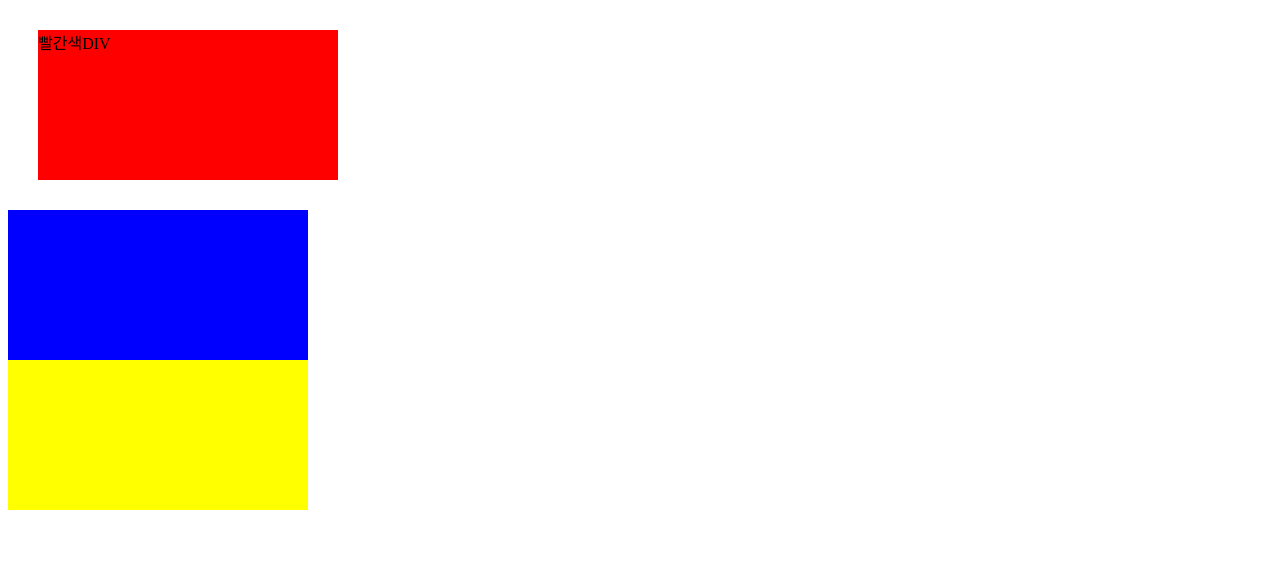
Repository: dron512/jspsogo
Page: http://localhost/ex0316/d.jsp
The author's editor kept a copy of each file at every save. The page is drawn from the files as they stood at one save, then again after the next save.
The browser window is 1280 px wide. The pictures show the whole page.
The page is served by Tomcat 9. Other server files are loaded and not shown.

Above is the page before, as saved 2022-03-16 07:04:32.

### jsp_work2-1/ex0316/src/main/webapp/d.jsp
<%@ page language="java" contentType="text/html; charset=UTF-8" pageEncoding="UTF-8"%>
<!DOCTYPE html>
<html>
<head>
<meta charset="UTF-8">
<title>Insert title here</title>
<style type="text/css">
	div{ width: 300px; height: 150px; }
	#adiv{
		background-color: red;
		border-width:10px;
		border-color: black;
		margin: 30px;

	 }
	#bdiv{ background-color: blue; }
	#cdiv{ background-color: yellow; }
</style>
</head>
<body>
<!-- 선택자 1.태그 선택자 2.아이디선택자 3. 클래스선택자 -->
<div class="continer">
	<div id="adiv">빨간색DIV</div>
	<div id="bdiv"></div>
	<div id="cdiv"></div>
</div>
</body>
</html>

After the next save:
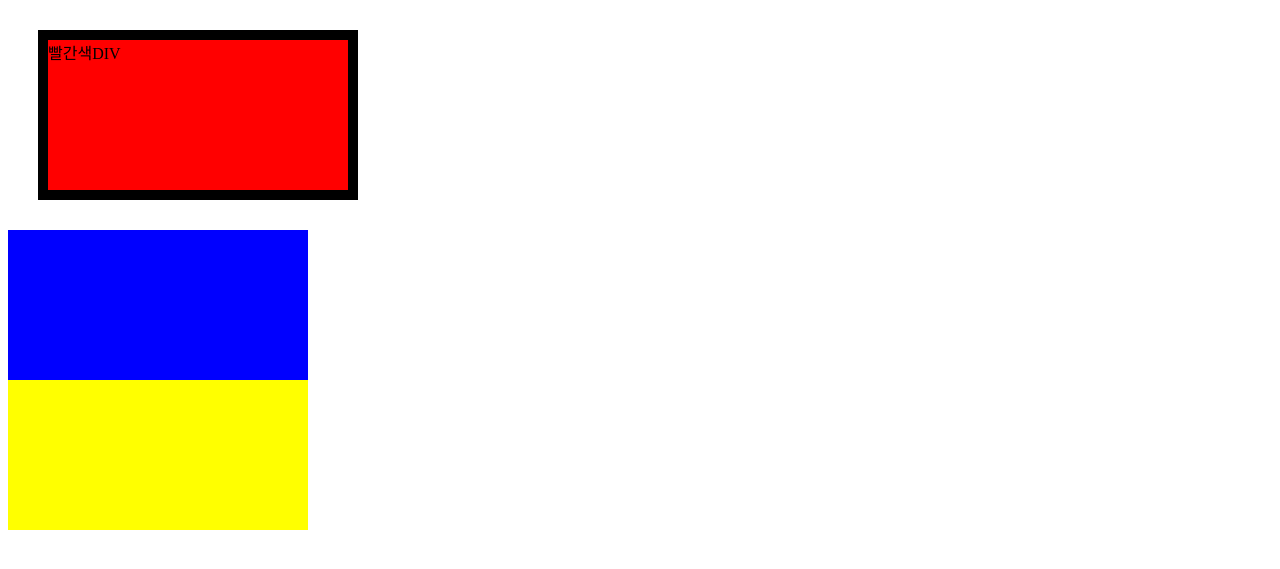
Saved 22 s later.
--- a/jsp_work2-1/ex0316/src/main/webapp/d.jsp
+++ b/jsp_work2-1/ex0316/src/main/webapp/d.jsp
@@ -8,8 +8,7 @@
 	div{ width: 300px; height: 150px; }
 	#adiv{
 		background-color: red;
-		border-width:10px;
-		border-color: black;
+		border: black solid 10px;
 		margin: 30px;
 
 	 }
